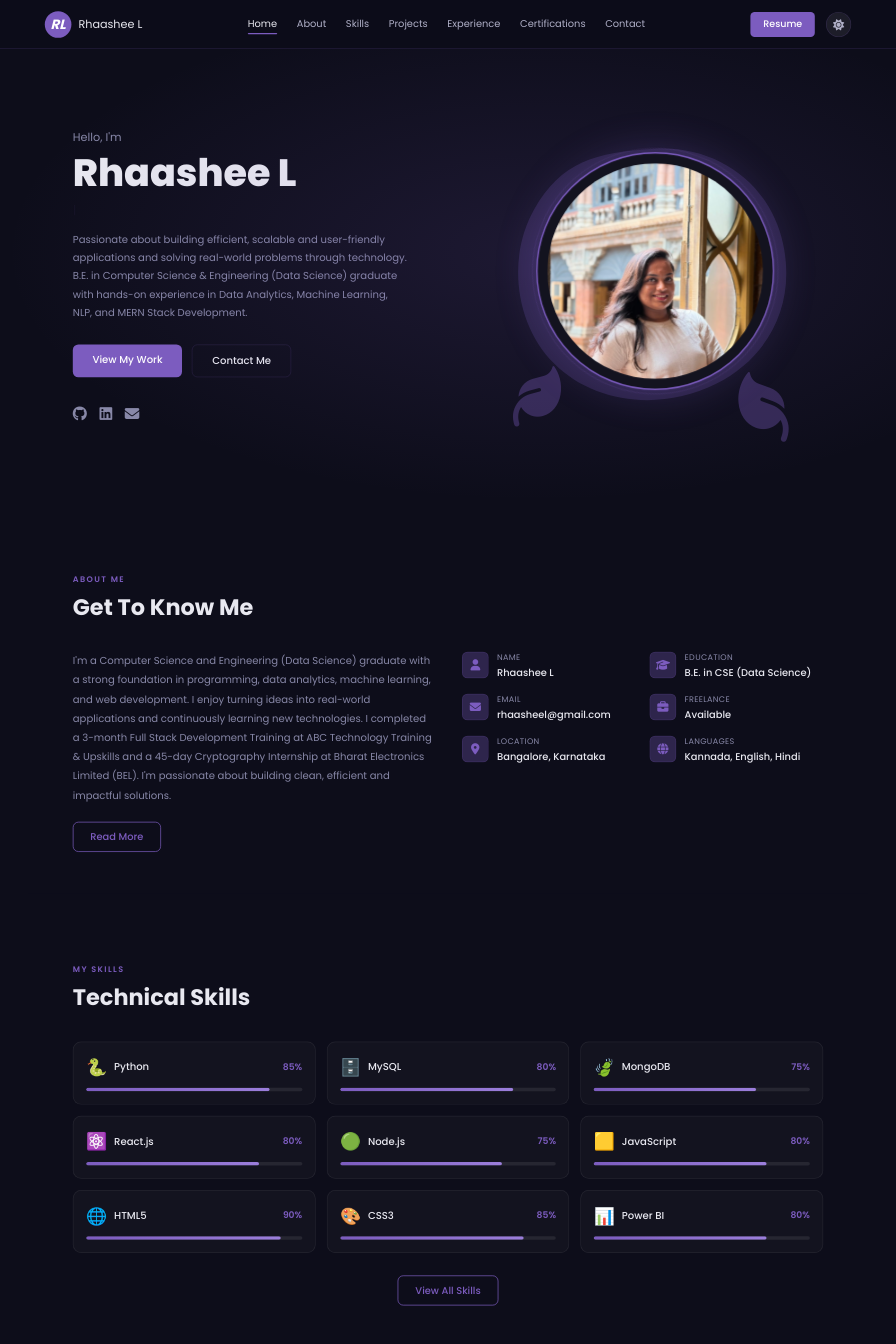
Repository: Rhaashee/Portfolio
Page: MyProfile-frontend/index.html
The author's editor kept a copy of each file at every save. The page is drawn from the files as they stood at one save, then again after the next save.
The browser window is 1280 px wide. The pictures show the part of the page from y = 0 to 1920 px (the page is 5022 px tall), at 70% of full size.

Above is the page before, as saved 2026-06-21 13:05:39.

### MyProfile-frontend/index.html
<!DOCTYPE html>
<html lang="en">
<head>
<meta charset="UTF-8" />
<meta name="viewport" content="width=device-width, initial-scale=1.0" />
<title>Rhaashee L | Portfolio</title>
<link rel="preconnect" href="https://fonts.googleapis.com" />
<link href="https://fonts.googleapis.com/css2?family=Poppins:wght@300;400;500;600;700;800&display=swap" rel="stylesheet" />
<link rel="stylesheet" href="https://cdnjs.cloudflare.com/ajax/libs/font-awesome/6.5.1/css/all.min.css" />

<link rel="stylesheet" href="css/varibales.css" />
<link rel="stylesheet" href="css/custom.css" />
<link rel="stylesheet" href="css/themes.css" />
<link rel="stylesheet" href="css/animations.css" />
<link rel="stylesheet" href="css/responsive.css" />
</head>
<body>

<!-- ===== NAVBAR ===== -->
<nav class="navbar" id="navbar">
  <div class="nav-logo">
    <div class="logo-icon">R</div>
    <span id="nav-logo-text">Welcome to my Portfolio</span>
  </div>

  <div class="nav-links">
    <a href="#hero" class="active">Home</a>
    <a href="#about">About</a>
    <a href="#skills">Skills</a>
    <a href="#projects">Projects</a>
    <a href="#experience">Experience</a>
    <a href="#certifications">Certifications</a>
    <a href="#contact">Contact</a>
  </div>

  <div class="nav-right">
    <a href="assets/resume/RhaasheeL_Resume.pdf" target="_blank" class="btn-resume" id="nav-resume-btn">Resume</a>
    <button class="theme-toggle" id="theme-toggle" aria-label="Toggle theme"><i class="fas fa-sun"></i></button>
    <button class="hamburger" id="hamburger" aria-label="Menu">
      <span></span><span></span><span></span>
    </button>
  </div>
</nav>

<div class="mobile-menu" id="mobile-menu">
  <a href="#hero" class="mobile-link">Home</a>
  <a href="#about" class="mobile-link">About</a>
  <a href="#skills" class="mobile-link">Skills</a>
  <a href="#projects" class="mobile-link">Projects</a>
  <a href="#experience" class="mobile-link">Experience</a>
  <a href="#certifications" class="mobile-link">Certifications</a>
  <a href="#contact" class="mobile-link">Contact</a>
</div>

<!-- ===== 01 HERO ===== -->
<section id="hero">
  <div class="hero-wrapper">
    <div class="hero-content">
      <p class="hero-hello" id="hero-hello">Hello, I'm</p>
      <h1 class="hero-name" id="hero-name">RHAASHEE L</h1>
      <p class="hero-tagline"><span id="hero-tagline-text" class="typing-text"></span></p>
      <p class="hero-desc" id="hero-desc"></p>
      <div class="hero-btns">
        <a href="#projects" class="btn-primary">View My Work</a>
        <a href="#contact" class="btn-secondary">Contact Me</a>
      </div>
      <div class="hero-socials" id="hero-socials"></div>
    </div>

    <div class="hero-image-wrap">
      <div class="hero-blob">
        <svg viewBox="0 0 500 500" xmlns="http://www.w3.org/2000/svg">
          <path d="M250,60 C340,55 420,110 440,200 C460,290 420,370 340,410 C260,450 160,440 100,380 C40,320 30,220 70,150 C110,80 160,65 250,60 Z"></path>
        </svg>
      </div>

      <div class="hero-decor">
        <i class="fas fa-sparkle sparkle sparkle-1"></i>
        <i class="fas fa-sparkle sparkle sparkle-2"></i>
        <i class="fas fa-sparkle sparkle sparkle-3"></i>
        <i class="fas fa-sparkle sparkle sparkle-4"></i>
        <i class="fas fa-sparkle sparkle sparkle-5"></i>
        <i class="fas fa-leaf leaf leaf-1"></i>
        <i class="fas fa-leaf leaf leaf-2"></i>
      </div>

      <div class="hero-image-ring">
        <img id="hero-img" src="assets/images/rhaa.jpeg" alt="Rhaashee L" />
      </div>
    </div>
  </div>
</section>

<!-- ===== 02 ABOUT ===== -->
<section id="about" class="section">
  <p class="section-label">About Me</p>
  <h2 class="section-title">Get To Know Me</h2>

  <div class="about-grid">
    <div>
      <p class="about-desc" id="about-desc"></p>
      <a href="#contact" class="btn-outline">Read More</a>
    </div>

    <div class="about-info-grid">
      <div class="about-info-item">
        <div class="about-info-icon"><i class="fas fa-user"></i></div>
        <div>
          <div class="about-info-label">Name</div>
          <div class="about-info-value" id="about-name"></div>
        </div>
      </div>
      <div class="about-info-item">
        <div class="about-info-icon"><i class="fas fa-graduation-cap"></i></div>
        <div>
          <div class="about-info-label">Education</div>
          <div class="about-info-value" id="about-education"></div>
        </div>
      </div>
      <div class="about-info-item">
        <div class="about-info-icon"><i class="fas fa-envelope"></i></div>
        <div>
          <div class="about-info-label">Email</div>
          <div class="about-info-value" id="about-email"></div>
        </div>
      </div>
      <div class="about-info-item">
        <div class="about-info-icon"><i class="fas fa-briefcase"></i></div>
        <div>
          <div class="about-info-label">Freelance</div>
          <div class="about-info-value" id="about-freelance"></div>
        </div>
      </div>
      <div class="about-info-item">
        <div class="about-info-icon"><i class="fas fa-location-dot"></i></div>
        <div>
          <div class="about-info-label">Location</div>
          <div class="about-info-value" id="about-location"></div>
        </div>
      </div>
      <div class="about-info-item">
        <div class="about-info-icon"><i class="fas fa-globe"></i></div>
        <div>
          <div class="about-info-label">Languages</div>
          <div class="about-info-value" id="about-languages"></div>
        </div>
      </div>
    </div>
  </div>
</section>

<!-- ===== 03 SKILLS ===== -->
<section id="skills" class="section">
  <p class="section-label">My Skills</p>
  <h2 class="section-title">Technical Skills</h2>

  <div class="skills-grid" id="skills-grid"></div>

  <div class="skills-btn-wrap">
    <a href="#" class="btn-outline">View All Skills</a>
  </div>
</section>

<!-- ===== 04 PROJECTS ===== -->
<section id="projects" class="section">
  <p class="section-label">Featured Projects</p>
  <h2 class="section-title">Some Things I've Built</h2>

  <div class="projects-grid" id="projects-grid"></div>

  <div class="projects-btn-wrap">
    <a href="#" class="btn-outline">View All Projects</a>
  </div>
</section>

<!-- ===== 05 EXPERIENCE ===== -->
<section id="experience" class="section">
  <p class="section-label">Experience</p>
  <h2 class="section-title">Work Experience</h2>

  <div class="experience-timeline">
    <div class="timeline-track" id="experience-track"></div>
  </div>
</section>

<!-- ===== 06 CERTIFICATIONS ===== -->
<section id="certifications" class="section">
  <p class="section-label">Certifications</p>
  <h2 class="section-title">My Certifications</h2>

  <div class="certs-slider-wrap">
    <div class="certs-row" id="certs-row"></div>
    <button class="certs-arrow" id="certs-arrow" aria-label="Next certifications"><i class="fas fa-chevron-right"></i></button>
  </div>
</section>

<!-- ===== EDUCATION ===== -->
<section id="education" class="section">
  <p class="section-label">Education</p>
  <h2 class="section-title">My Education</h2>

  <div class="education-grid" id="education-grid"></div>
</section>

<!-- ===== 08 CONTACT ===== -->
<section id="contact" class="section" style="position:relative;">
  <p class="section-label">Contact</p>
  <h2 class="section-title">Let's Connect</h2>

  <div class="contact-grid">
    <div>
      <p class="contact-desc">Have a project in mind or just want to say hi? I'd love to hear from you!</p>
      <div class="contact-info-list">
        <div class="contact-info-item"><i class="fas fa-envelope"></i><span id="contact-email"></span></div>
        <div class="contact-info-item"><i class="fas fa-phone"></i><span id="contact-phone"></span></div>
        <div class="contact-info-item"><i class="fas fa-location-dot"></i><span id="contact-location"></span></div>
      </div>
    </div>

    <form class="contact-form" id="contact-form">
      <div class="form-row">
        <div class="form-group">
          <input type="text" id="contact-name" placeholder="Name" required />
        </div>
        <div class="form-group">
          <input type="email" id="contact-email-input" placeholder="Email" required />
        </div>
      </div>
      <div class="form-group">
        <textarea id="contact-message" placeholder="Message" required></textarea>
      </div>
      <button type="submit" class="btn-send">Send Message</button>
      <p id="form-status" style="display:none;margin-top:10px;font-size:0.82rem;"></p>
    </form>
  </div>
  <div class="contact-plant">🪴</div>
</section>

<!-- ===== 09 FOOTER ===== -->
<footer>
  <div class="footer-grid">
    <div class="footer-brand">
      <div class="logo-icon">R</div>
      <p style="margin:10px 0 4px;font-weight:600;" id="footer-logo-text">Rhaashee L</p>
      <p class="footer-tagline">Building solutions. Creating impact.</p>
    </div>

    <div>
      <p class="footer-col-title">Quick Links</p>
      <div class="footer-links" id="footer-quick-links"></div>
    </div>

    <div>
      <p class="footer-col-title">Resources</p>
      <div class="footer-links" id="footer-resource-links"></div>
    </div>

    <div>
      <p class="footer-col-title">Connect</p>
      <div class="footer-socials" id="footer-socials"></div>
    </div>
  </div>

  <div class="footer-bottom">
    <p class="footer-copy">© 2026 Rhaashee L. All rights reserved.</p>
  </div>
</footer>

<button class="back-to-top" id="back-to-top" aria-label="Back to top"><i class="fas fa-arrow-up"></i></button>

<!-- ===== DATA ===== -->
<script src="js/data/profile.js"></script>
<script src="js/data/skills.js"></script>
<script src="js/data/projects.js"></script>
<script src="js/data/experience.js"></script>
<script src="js/data/certifications.js"></script>
<script src="js/data/education.js"></script>
<script src="js/data/socials.js"></script>

<!-- ===== FEATURES ===== -->
<script src="js/features/theme-toggle.js"></script>
<script src="js/features/hero-render.js"></script>
<script src="js/features/typing-effect.js"></script>
<script src="js/features/about-render.js"></script>
<script src="js/features/skills-render.js"></script>
<script src="js/features/project-render.js"></script>
<script src="js/features/experience-render.js"></script>
<script src="js/features/certification-render.js"></script>
<script src="js/features/education-render.js"></script>
<script src="js/features/social-render.js"></script>
<script src="js/features/navbar.js"></script>
<script src="js/features/mobile-menu.js"></script>
<script src="js/features/active-nav.js"></script>
<script src="js/features/BackToTop.js"></script>
<script src="js/features/scroll-animation.js"></script>
<script src="js/features/contact-api.js"></script>
<script src="js/features/contact-validation.js"></script>
<script src="js/features/modal.js"></script>

<script src="js/main.js"></script>
</body>
</html>

### MyProfile-frontend/css/varibales.css
/* ===== THEME VARIABLES ===== */
:root {
  /* Dark Theme (default) */
  --bg: #0d0d1a;
  --bg-card: #13131f;
  --bg-nav: rgba(13, 13, 26, 0.95);
  --text: #e8e8f0;
  --text-muted: #8888a8;
  --text-secondary: #b0b0c8;
  --accent: #7c5cbf;
  --accent-light: #9b7edb;
  --accent-glow: rgba(124, 92, 191, 0.3);
  --border: rgba(124, 92, 191, 0.2);
  --border-card: rgba(255, 255, 255, 0.07);
  --skill-bar-bg: rgba(255, 255, 255, 0.08);
  --input-bg: rgba(255, 255, 255, 0.05);
  --shadow: 0 4px 30px rgba(0, 0, 0, 0.4);
  --shadow-card: 0 2px 20px rgba(0, 0, 0, 0.3);
  --hero-gradient: radial-gradient(ellipse at 60% 50%, rgba(124, 92, 191, 0.15) 0%, transparent 70%);
  --section-number-color: #2a2a4a;
}

[data-theme="light"] {
  --bg: #f5f5ff;
  --bg-card: #ffffff;
  --bg-nav: rgba(245, 245, 255, 0.95);
  --text: #1a1a2e;
  --text-muted: #6666a0;
  --text-secondary: #444466;
  --accent: #6b46c1;
  --accent-light: #7c5cbf;
  --accent-glow: rgba(107, 70, 193, 0.15);
  --border: rgba(107, 70, 193, 0.2);
  --border-card: rgba(107, 70, 193, 0.1);
  --skill-bar-bg: rgba(107, 70, 193, 0.1);
  --input-bg: rgba(107, 70, 193, 0.05);
  --shadow: 0 4px 30px rgba(107, 70, 193, 0.1);
  --shadow-card: 0 2px 20px rgba(107, 70, 193, 0.08);
  --hero-gradient: radial-gradient(ellipse at 60% 50%, rgba(107, 70, 193, 0.08) 0%, transparent 70%);
  --section-number-color: #e8e8f8;
}

### MyProfile-frontend/css/themes.css
/* themes.css — light/dark toggle handled via data-theme on <html> */
/* All values live in varibales.css; this file only has structural overrides if needed */

[data-theme="light"] .hero-image-ring {
  box-shadow: 0 0 60px rgba(107, 70, 193, 0.2);
}

[data-theme="light"] .skill-bar-fill {
  background: linear-gradient(90deg, #6b46c1, #9b7edb);
}

[data-theme="light"] .navbar {
  box-shadow: 0 1px 20px rgba(107, 70, 193, 0.08);
}

[data-theme="light"] footer {
  background: #ededfa;
}

### MyProfile-frontend/css/animations.css
/* ===== ANIMATIONS ===== */

/* Typing cursor */
.typing-text::after {
  content: '|';
  color: var(--accent);
  animation: blink 0.8s infinite;
}

@keyframes blink {
  0%, 100% { opacity: 1; }
  50% { opacity: 0; }
}

/* Fade in up */
@keyframes fadeInUp {
  from { opacity: 0; transform: translateY(30px); }
  to   { opacity: 1; transform: translateY(0); }
}

.fade-in-up {
  animation: fadeInUp 0.6s ease forwards;
}

/* Float */
@keyframes float {
  0%, 100% { transform: translateY(0); }
  50%       { transform: translateY(-10px); }
}

.hero-image-ring {
  animation: float 5s ease-in-out infinite;
}

/* Stagger children */
.stagger > *:nth-child(1) { animation-delay: 0.1s; }
.stagger > *:nth-child(2) { animation-delay: 0.2s; }
.stagger > *:nth-child(3) { animation-delay: 0.3s; }
.stagger > *:nth-child(4) { animation-delay: 0.4s; }
.stagger > *:nth-child(5) { animation-delay: 0.5s; }
.stagger > *:nth-child(6) { animation-delay: 0.6s; }

/* Reduced motion */
@media (prefers-reduced-motion: reduce) {
  * { animation: none !important; transition-duration: 0.01ms !important; }
}

### MyProfile-frontend/css/responsive.css
/* ===== RESPONSIVE ===== */

@media (max-width: 1024px) {
  .skills-grid {
    grid-template-columns: repeat(2, 1fr);
  }

  .projects-grid {
    grid-template-columns: repeat(2, 1fr);
  }

  .footer-grid {
    grid-template-columns: 1fr 1fr;
  }
}

@media (max-width: 768px) {
  .nav-links {
    display: none;
  }

  .hamburger {
    display: flex;
  }

  .hero-wrapper {
    flex-direction: column-reverse;
    text-align: center;
    gap: 40px;
    padding-top: 80px;
  }

  .hero-btns {
    justify-content: center;
  }

  .hero-socials {
    justify-content: center;
  }

  .hero-name {
    font-size: 2.4rem;
  }

  .hero-image-wrap {
    width: 280px;
    height: 280px;
  }

  .hero-image-ring {
    width: 240px;
    height: 240px;
  }

  .hero-image-ring img,
  .hero-image-placeholder {
    width: 212px;
    height: 212px;
  }

  .leaf-1, .leaf-2 {
    font-size: 3rem;
  }

  .about-grid {
    grid-template-columns: 1fr;
  }

  .about-info-grid {
    grid-template-columns: 1fr 1fr;
  }

  .skills-grid {
    grid-template-columns: repeat(2, 1fr);
  }

  .projects-grid {
    grid-template-columns: 1fr;
  }

  .timeline-track {
    flex-direction: column;
  }

  .timeline-track::before {
    display: none;
  }

  .exp-card {
    margin-right: 0;
    margin-bottom: 16px;
  }

  .education-grid {
    grid-template-columns: 1fr;
  }

  .contact-grid {
    grid-template-columns: 1fr;
  }

  .form-row {
    grid-template-columns: 1fr;
  }

  .footer-grid {
    grid-template-columns: 1fr 1fr;
    gap: 24px;
  }

  .footer-bottom {
    flex-direction: column;
    gap: 12px;
    text-align: center;
  }

  .section {
    padding: 80px 5% 40px;
  }

  .section-title {
    font-size: 1.6rem;
  }
}

@media (max-width: 480px) {
  .skills-grid {
    grid-template-columns: 1fr;
  }

  .about-info-grid {
    grid-template-columns: 1fr;
  }

  .footer-grid {
    grid-template-columns: 1fr;
  }

  .certs-row {
    flex-wrap: nowrap;
    overflow-x: auto;
    scrollbar-width: thin;
    padding-bottom: 8px;
  }

  .hero-name {
    font-size: 2rem;
  }
}

/* Mobile nav link hover */
.mobile-link:hover {
  color: var(--accent);
}

### MyProfile-frontend/js/data/profile.js
// js/data/profile.js
const profile = {
  name: "Rhaashee L",
  shortName: "Rhaashee L",
  initial: "RL",
  hello: "Hello, I'm",
  tagline: "Data Science Graduate |  Full Stack Developer",
  description:
    "Passionate about building efficient, scalable and user-friendly applications and solving real-world problems through technology. B.E. in Computer Science & Engineering (Data Science) graduate with hands-on experience in Data Analytics, Machine Learning, NLP, and MERN Stack Development.",
  email: "rhaasheel@gmail.com",
  phone: "+91 7349377602",
  location: "Bangalore, Karnataka",
  freelance: "Available",
  languages: "Kannada, English, Hindi",
  education: "B.E. in CSE (Data Science)",
  aboutText:
    "I'm a Computer Science and Engineering (Data Science) graduate with a strong foundation in programming, data analytics, machine learning, and web development. I enjoy turning ideas into real-world applications and continuously learning new technologies. I completed a 3-month Full Stack Development Training at ABC Technology Training & Upskills and a 45-day Cryptography Internship at Bharat Electronics Limited (BEL). I'm passionate about building clean, efficient and impactful solutions.",
  resumePath: "assets/resume/RhaasheeL_Resume.pdf",
  profileImage: "assets/images/rhaa.jpeg",
  socials: {
    github: "https://github.com/Rhaashee",
    linkedin: "https://www.linkedin.com/in/rhaashee-lokesh-5ba271339/",
    email: "mailto:rhaasheel@gmail.com",
  },
  typingStrings: [
    "Data Analyst",
    "Full Stack Developer",
    "Problem Solver",
  ],
};

Loaded but not shown: MyProfile-frontend/js/features/hero-render.js (43 lines, source omitted); MyProfile-frontend/js/features/contact-validation.js (58 lines, source omitted); MyProfile-frontend/js/features/social-render.js (36 lines, source omitted); MyProfile-frontend/js/data/projects.js (48 lines, source omitted); MyProfile-frontend/js/features/skills-render.js (43 lines, source omitted); MyProfile-frontend/js/features/theme-toggle.js (40 lines, source omitted); MyProfile-frontend/js/features/modal.js (30 lines, source omitted); MyProfile-frontend/js/features/project-render.js (30 lines, source omitted); MyProfile-frontend/js/features/about-render.js (20 lines, source omitted); MyProfile-frontend/js/data/socials.js (24 lines, source omitted); MyProfile-frontend/js/features/typing-effect.js (37 lines, source omitted); MyProfile-frontend/js/features/certification-render.js (35 lines, source omitted); MyProfile-frontend/js/data/certifications.js (45 lines, source omitted); MyProfile-frontend/js/data/skills.js (15 lines, source omitted); MyProfile-frontend/js/features/contact-api.js (24 lines, source omitted); MyProfile-frontend/js/features/active-nav.js (25 lines, source omitted); MyProfile-frontend/js/features/experience-render.js (23 lines, source omitted); MyProfile-frontend/js/data/education.js (24 lines, source omitted); MyProfile-frontend/js/features/education-render.js (23 lines, source omitted); MyProfile-frontend/js/features/scroll-animation.js (21 lines, source omitted); MyProfile-frontend/js/features/mobile-menu.js (18 lines, source omitted); MyProfile-frontend/js/data/experience.js (15 lines, source omitted); MyProfile-frontend/js/features/BackToTop.js (19 lines, source omitted); MyProfile-frontend/js/features/navbar.js (15 lines, source omitted); MyProfile-frontend/js/main.js (5 lines, source omitted); MyProfile-frontend/css/custom.css (1169 lines, source omitted)

After the next save:
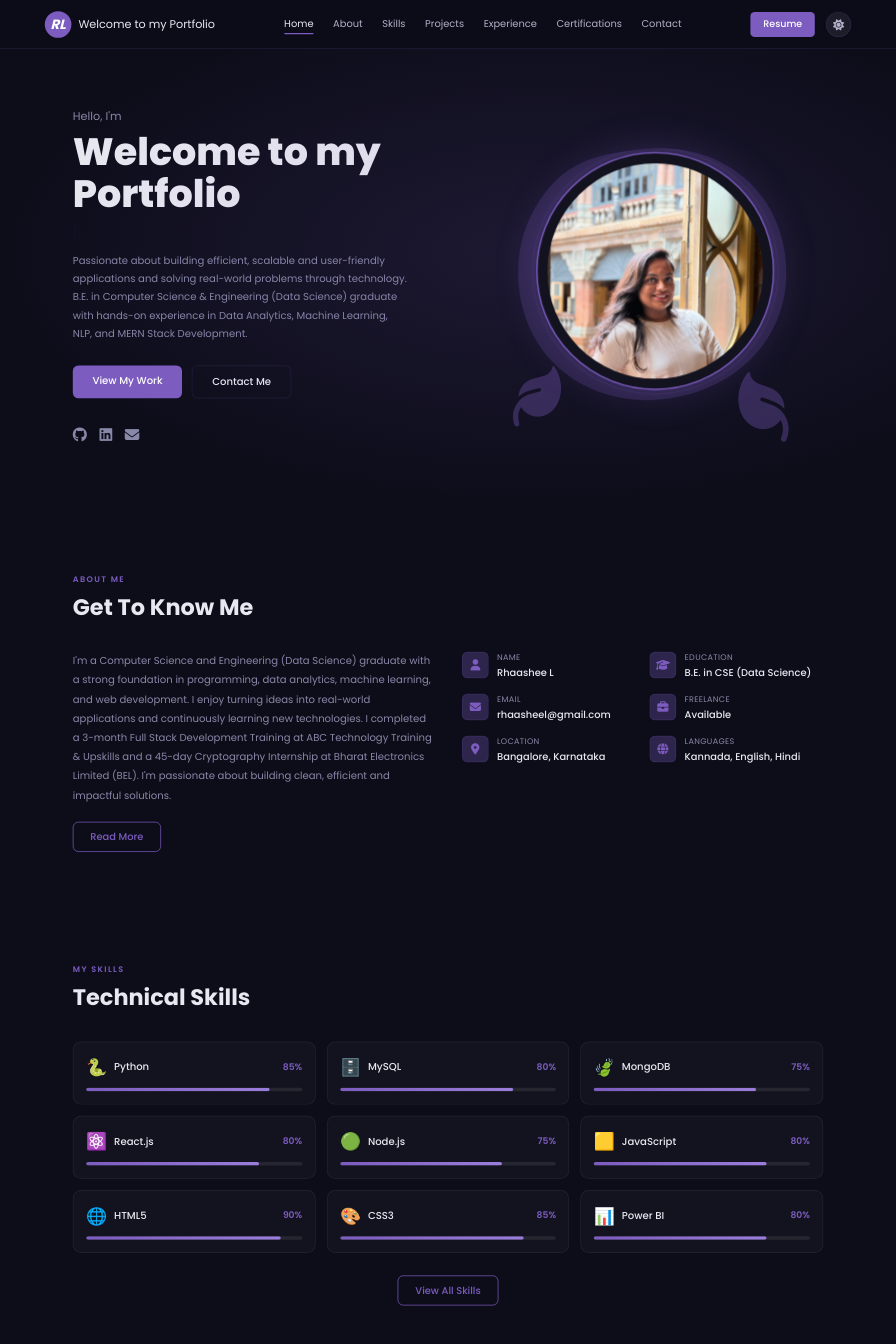
Saved 39 s later.
--- a/MyProfile-frontend/js/data/profile.js
+++ b/MyProfile-frontend/js/data/profile.js
@@ -1,7 +1,7 @@
 // js/data/profile.js
 const profile = {
   name: "Rhaashee L",
-  shortName: "Rhaashee L",
+  shortName: "Welcome to my Portfolio",
   initial: "RL",
   hello: "Hello, I'm",
   tagline: "Data Science Graduate |  Full Stack Developer",

After the save that followed:
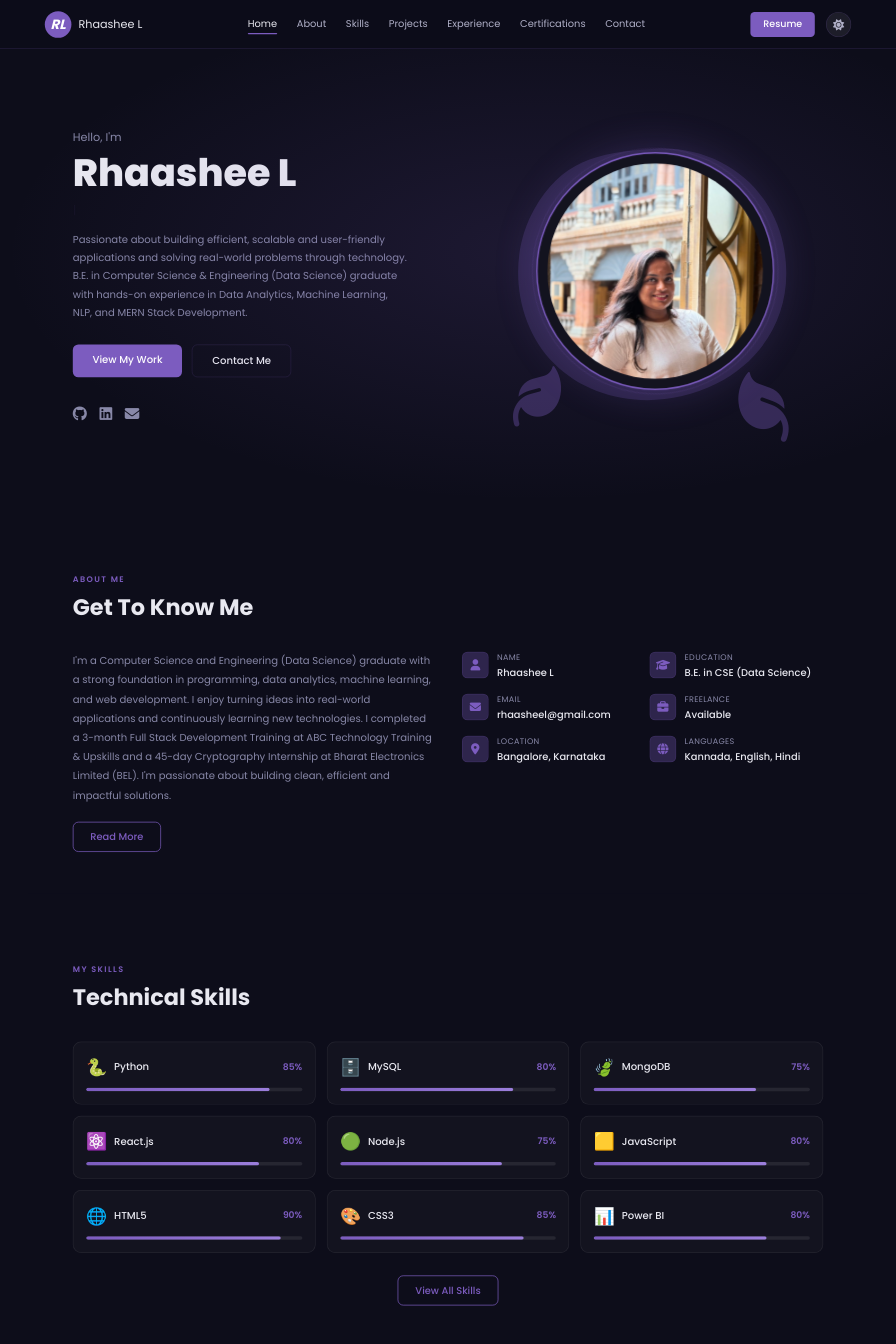
Saved 32 s later.
--- a/MyProfile-frontend/js/data/profile.js
+++ b/MyProfile-frontend/js/data/profile.js
@@ -1,7 +1,7 @@
 // js/data/profile.js
 const profile = {
   name: "Rhaashee L",
-  shortName: "Welcome to my Portfolio",
+  shortName: "Rhaashee L",
   initial: "RL",
   hello: "Hello, I'm",
   tagline: "Data Science Graduate |  Full Stack Developer",
